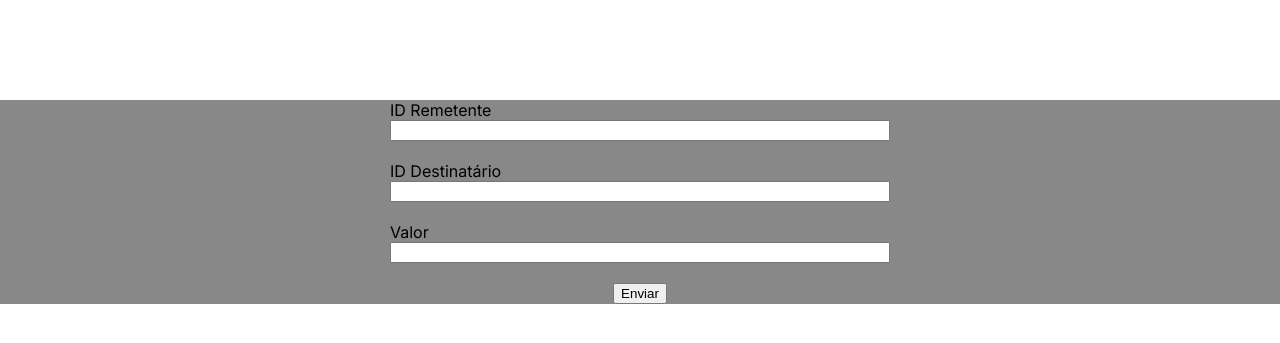
Repository: mateusilva8/tarefa-pix
Page: frontend/pix.html
These files come from the project's save history. The page is drawn as it stood at one moment and after the next save; the edit follows.
The browser window is 1280 px wide. The pictures show the whole page.

Above is the page before, as saved 2023-10-22 14:03:19.

### frontend/pix.html
<!DOCTYPE html>
<html lang="pt-BR">
<head>
  <meta charset="UTF-8">
  <meta name="viewport" content="width=device-width, initial-scale=1.0">
  <title>PIX</title>
  <link rel="preconnect" href="https://fonts.googleapis.com">
  <link rel="preconnect" href="https://fonts.gstatic.com" crossorigin>
  <link href="https://fonts.googleapis.com/css2?family=Inter:wght@400;700&display=swap" rel="stylesheet">
  <link rel="stylesheet" href="./css/pix.css">
</head>
<body>
    <div class="container">
        <div class="formulario">
            <form id="form">
                <div class="mb-3">
                  <label for="idRemetente" class="form-label">ID Remetente</label>
                  <input type="number" class="form-control" id="idRemetente">
                </div>
                <div class="mb-3">
                  <label for="idDestinatario" class="form-label">ID Destinatário</label>
                  <input type="number" class="form-control" id="idDestinatario">
                </div>
                <div class="mb-3">
                  <label for="valor" class="form-label">Valor</label>
                  <input type="number" class="form-control" id="valor">
                </div>
                <button type="button" class="btn btn-success" id="botaoEnviar">Enviar</button>
              </form>
        </div>
    </div>



  <script src="https://code.jquery.com/jquery-3.3.1.slim.min.js" integrity="sha384-q8i/X+965DzO0rT7abK41JStQIAqVgRVzpbzo5smXKp4YfRvH+8abtTE1Pi6jizo" crossorigin="anonymous"></script>
  <script src="https://cdnjs.cloudflare.com/ajax/libs/popper.js/1.14.3/umd/popper.min.js" integrity="sha384-ZMP7rVo3mIykV+2+9J3UJ46jBk0WLaUAdn689aCwoqbBJiSnjAK/l8WvCWPIPm49" crossorigin="anonymous"></script>
  <script src="./js/pix.js"></script>
</body>
</html>

### frontend/css/pix.css
body {
    margin: 0;
    padding: 0;
    font-family: 'Inter', sans-serif;
}

.container {
    background-color: rgb(136, 136, 136);
    padding-left: 50px;
    padding-right: 50px;
}

.formulario {
    margin-top: 100px;
    width: 100%;
    display: flex;
    flex-direction: column;
    align-items: center;
}

.formulario form {
    width: 500px;
    display: flex;
    flex-direction: column;
    align-items: center;
}

.mb-3 {
    display: flex;
    flex-direction: column;
    width: 100%;
    margin-bottom: 20px;
}

### frontend/js/pix.js
let idRemetente = document.getElementById('idRemetente');
let idDestinatario = document.getElementById('idDestinatario');
let valor = document.getElementById('valor')


async function realizarPix () {
    let payload = {
        senderId: idRemetente.value,
        recipientId: idDestinatario.value,
        value: valor.value,
      };

      let resposta = await fetch(`http://localhost:3000/pix-api/pix`, {
        method: 'POST',
        headers: {
            "Content-type" : 'application/json',
            "Acccept": 'appplication/json'
        },
        body: JSON.stringify(payload)
      });

      let mensagem = await resposta.json()

      if (mensagem.mensagem) {
          console.log(mensagem);
          alert(mensagem.mensagem);
      }else {
        console.log(mensagem);
        if (mensagem.error == 'The attribute "value" is required.')
        alert('Digite um valor válido');
        if (mensagem.error == 'The attribute "senderId" is required.')
        alert('Informe o ID do remetente');
        if (mensagem.error == 'The attribute "recipientId" is required.')
        alert('Informe o ID do destinatário');
      }

}

let botaoPix = document.getElementById('botaoEnviar');
  botaoPix.addEventListener('click', () => {
    realizarPix();
  })

After the next save:
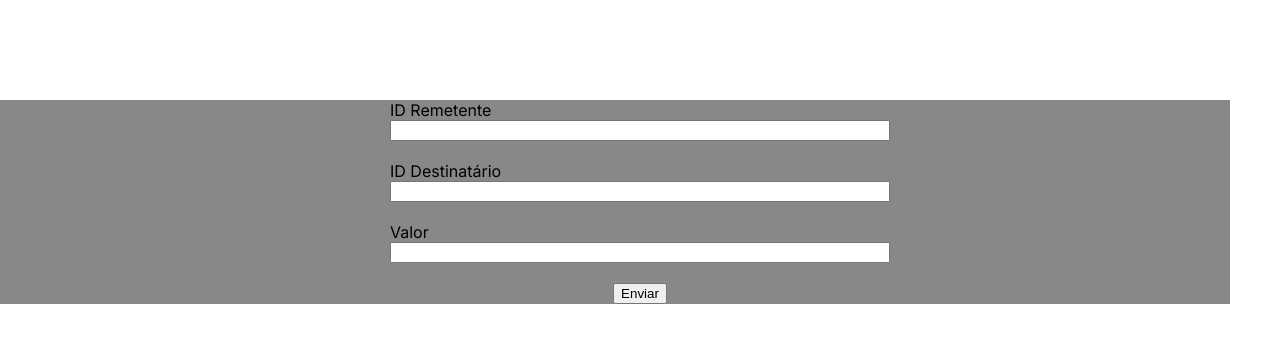
Saved 19 s later.
--- a/frontend/css/pix.css
+++ b/frontend/css/pix.css
@@ -7,7 +7,7 @@ body {
 .container {
     background-color: rgb(136, 136, 136);
     padding-left: 50px;
-    padding-right: 50px;
+    margin-right: 50px;
 }
 
 .formulario {
